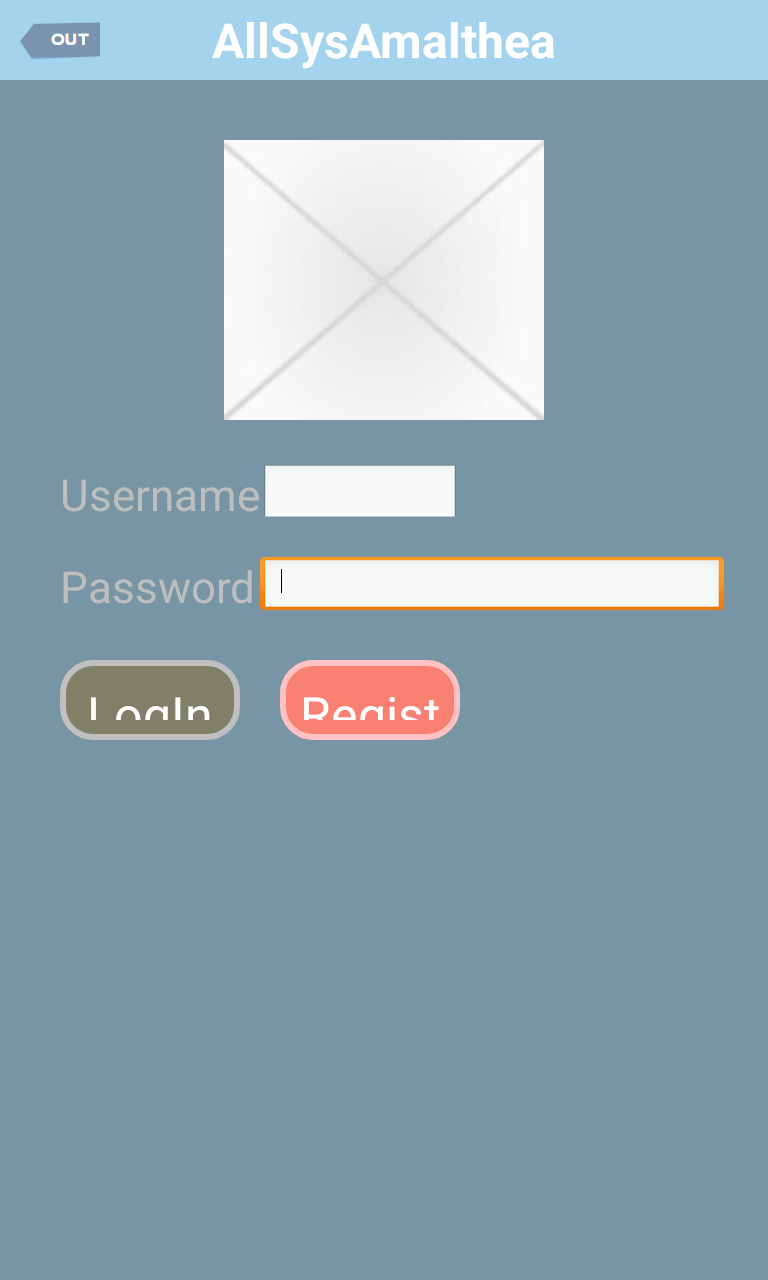
Repository: AllSysAmalthea/AllSys
Layout: APP/AppUI code/代码/Allsys/res/layout/activity_log_in.xml
An editor plug-in stored every save of this project. The layout is shown before and after the next save, followed by the edit.
It is drawn on a 768 x 1280 px phone screen (xhdpi) without system bars, with theme android:Theme.NoTitleBar; the app's code is not run.

Above is the layout before, as saved 2015-06-08 02:31:00.

After the next save:
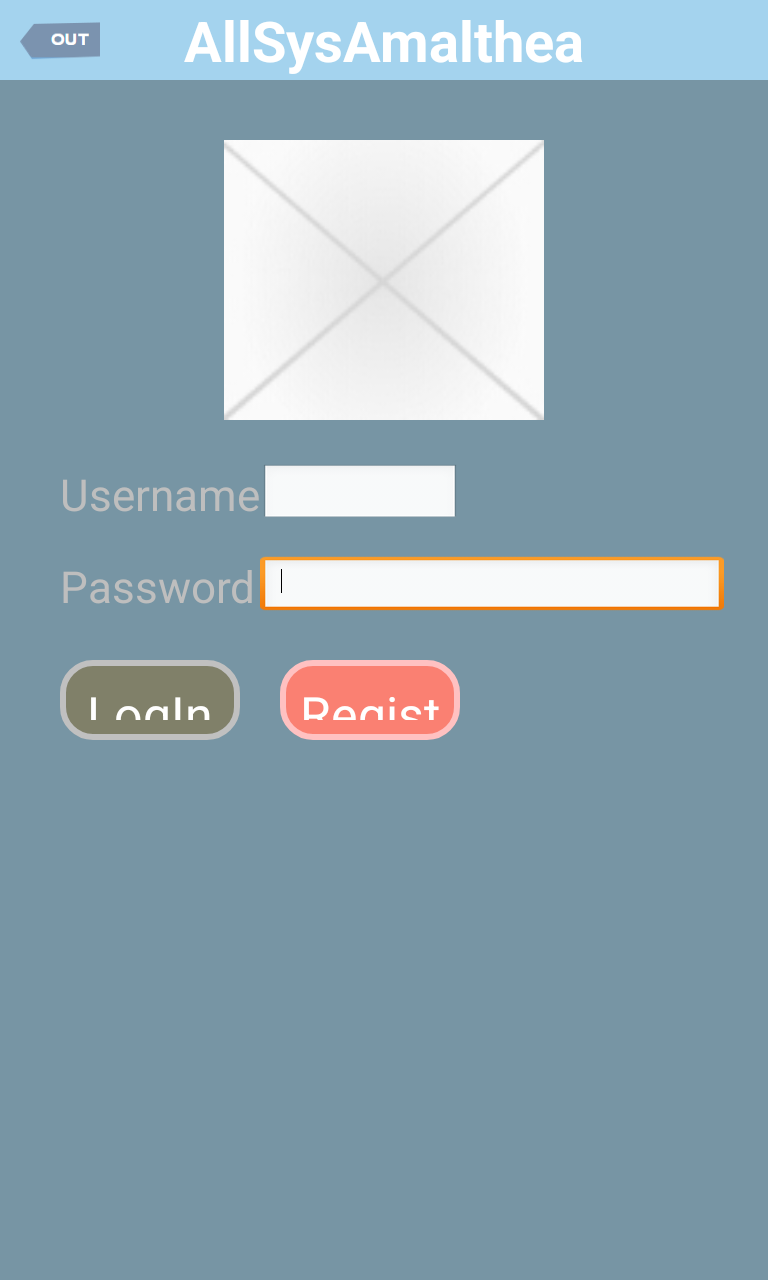
Saved 8 s later.
--- a/APP/AppUI code/代码/Allsys/res/layout/activity_log_in.xml
+++ b/APP/AppUI code/代码/Allsys/res/layout/activity_log_in.xml
@@ -24,7 +24,7 @@
             android:text="AllSysAmalthea"
             android:background="#A4D3EE"
             android:textColor="#ffffff"
-            android:textSize="24sp"
+            android:textSize="28sp"
             android:textStyle="bold" />
 
         <ImageButton
